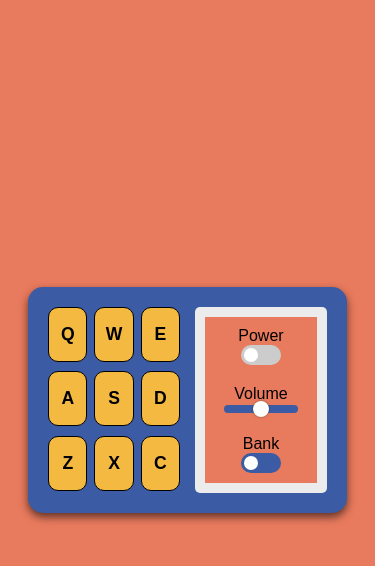
Repository: alfredoleano/drum-machine
Page: /
These files come from the project's save history. The page is drawn as it stood at one moment and after the next save; the edit follows.
The browser window is 375 px wide. The pictures show the whole page.
The project was rebuilt for these pictures with package versions that can differ from the ones it lists, and the page was loaded fresh each time.

Above is the page before, as saved 2024-06-11 20:39:34.

After the next save:
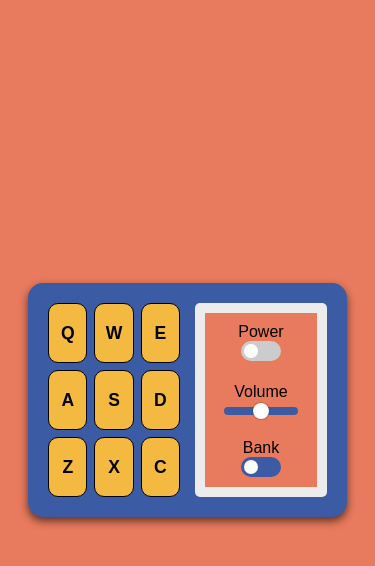
Saved 4 s later.
--- a/src/styles.scss
+++ b/src/styles.scss
@@ -259,7 +259,7 @@
   // }
 
   .buttons-grid button {
-    height: 55px;
+    height: 60px;
   }
 
   .settings {}

After the save that followed:
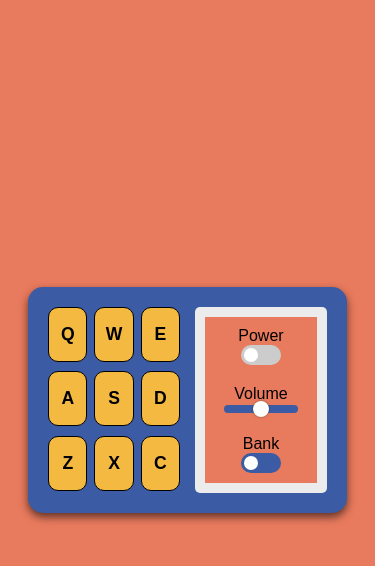
Saved 4 s later.
--- a/src/styles.scss
+++ b/src/styles.scss
@@ -259,7 +259,7 @@
   // }
 
   .buttons-grid button {
-    height: 60px;
+    height: 55px;
   }
 
   .settings {}
